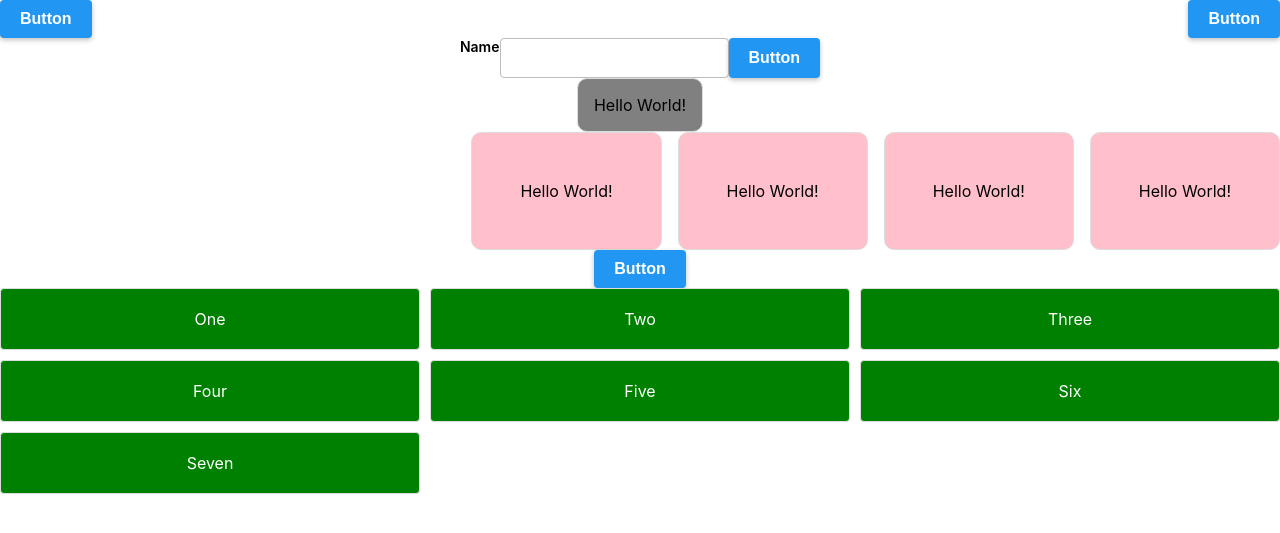
Repository: roistyx/react
Page: /layouts (app in layouts-app/)
These files come from the project's save history. The page is drawn as it stood at one moment and after the next save; the edit follows.
The browser window is 1280 px wide. The pictures show the whole page.
The project was rebuilt for these pictures with package versions that can differ from the ones it lists, and the page was loaded fresh each time.

Above is the page before, as saved 2023-04-27 15:30:56.

After the next save:
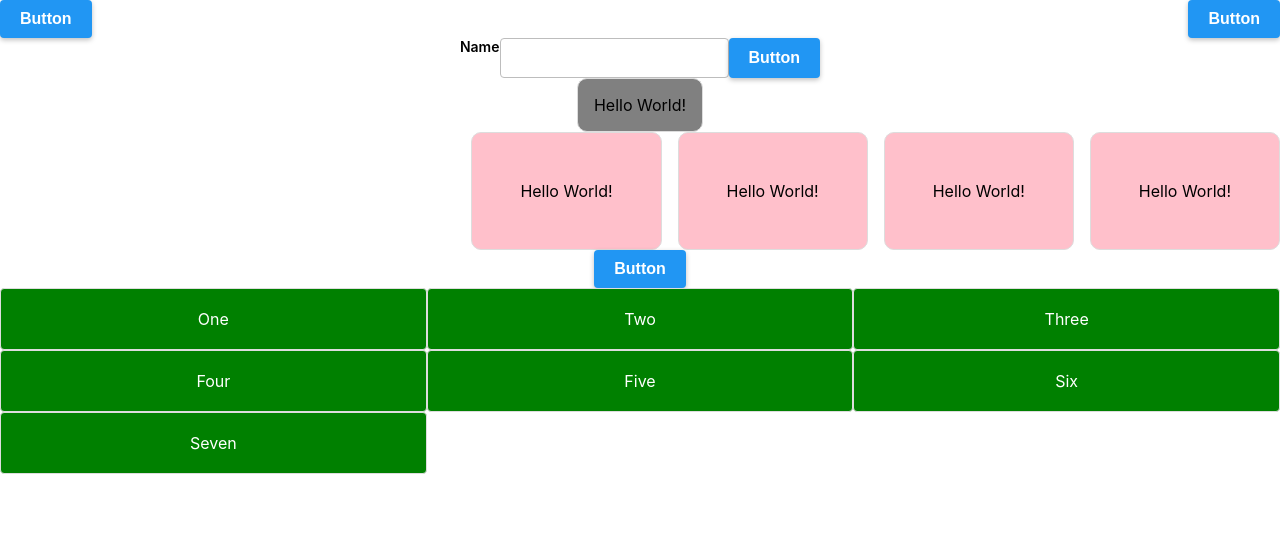
Saved 15 s later.
--- a/layouts-app/src/layouts/Grid.css
+++ b/layouts-app/src/layouts/Grid.css
@@ -6,7 +6,7 @@
 	grid-template-rows: 1fr 1fr 1fr;
 	grid-template-columns: repeat(3, 1fr);
 	/* grid-template-rows: 100px 100px 100px; */
-	gap: 10px;
+	/* gap: 10px; */
 }
 
 .Grid > * {
